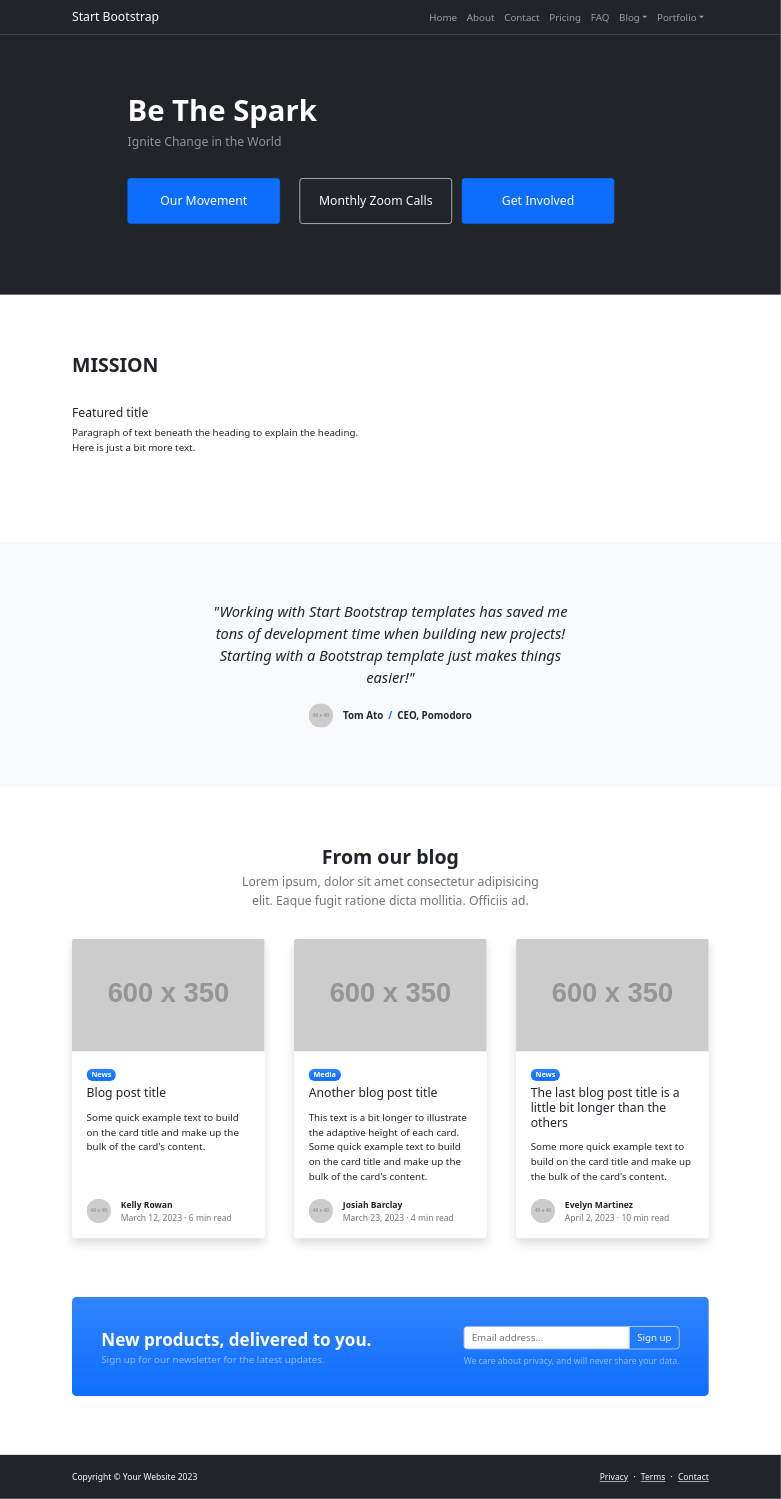
Repository: DragonFruit8/BeTheSpark
Page: index.html
These files come from the project's save history. The page is drawn as it stood at one moment and after a run of saves; the edit follows.
The browser window is 1280 px wide. The pictures show the whole page, at 61% of full size.

Above is the page before, as saved 2024-01-14 07:46:47.

After the next 4 saves:
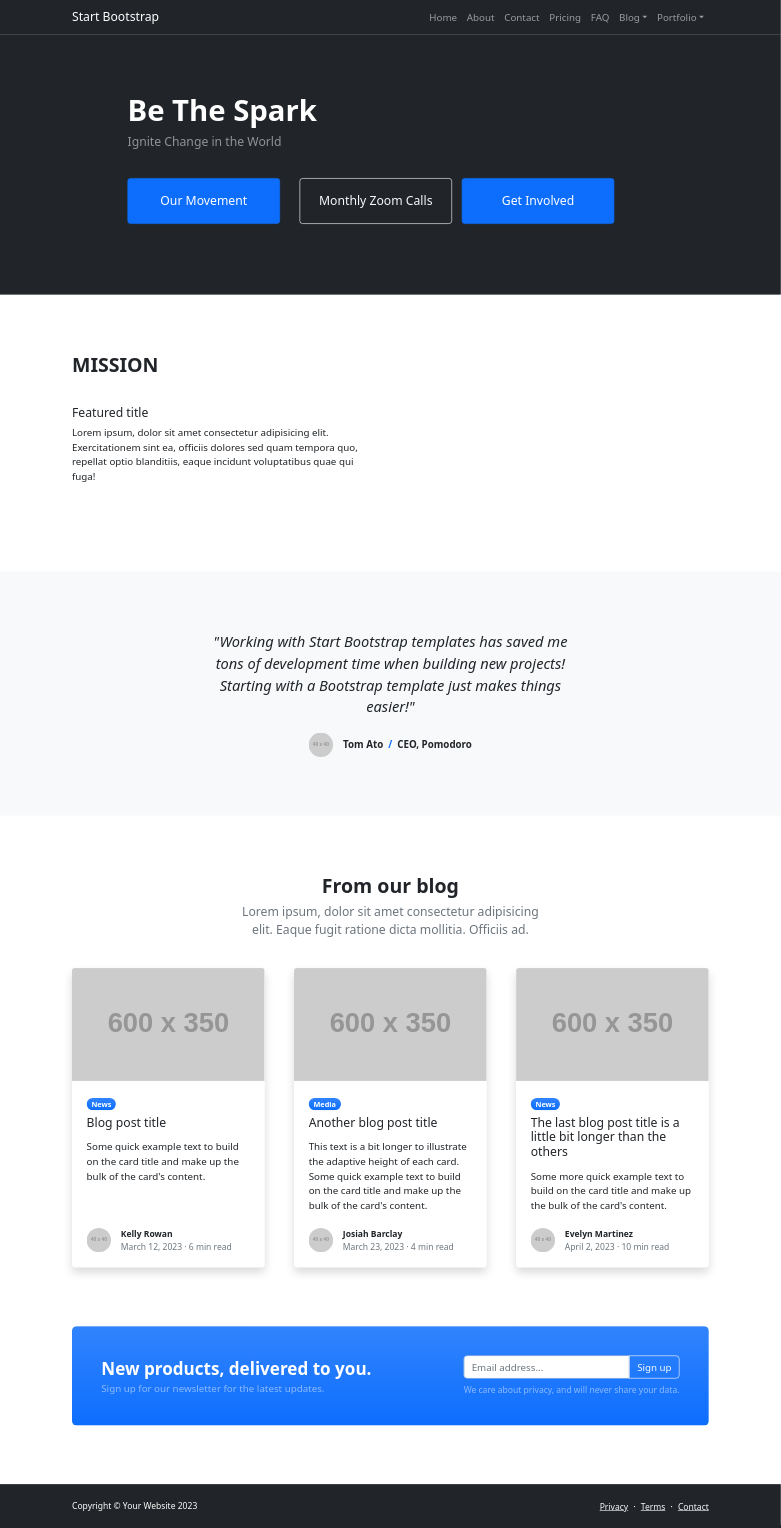
The 4 saves are shown as one change because they came seconds apart.
The last was saved 19 s later.
--- a/index.html
+++ b/index.html
@@ -77,7 +77,7 @@
                                         <i class="bi bi-collection"></i>
                                     </div> -->
                                     <h2 class="h5">Featured title</h2>
-                                    <p class="mb-0">Paragraph of text beneath the heading to explain the heading. Here is just a bit more text.</p>
+                                    <p class="mb-0">Lorem ipsum, dolor sit amet consectetur adipisicing elit. Exercitationem sint ea, officiis dolores sed quam tempora quo, repellat optio blanditiis, eaque incidunt voluptatibus quae qui fuga!</p>
                                 </div>
                                 <!-- <div class="col mb-5 h-100">
                                     <div class="feature bg-primary bg-gradient text-white rounded-3 mb-3"><i class="bi bi-building"></i></div>
